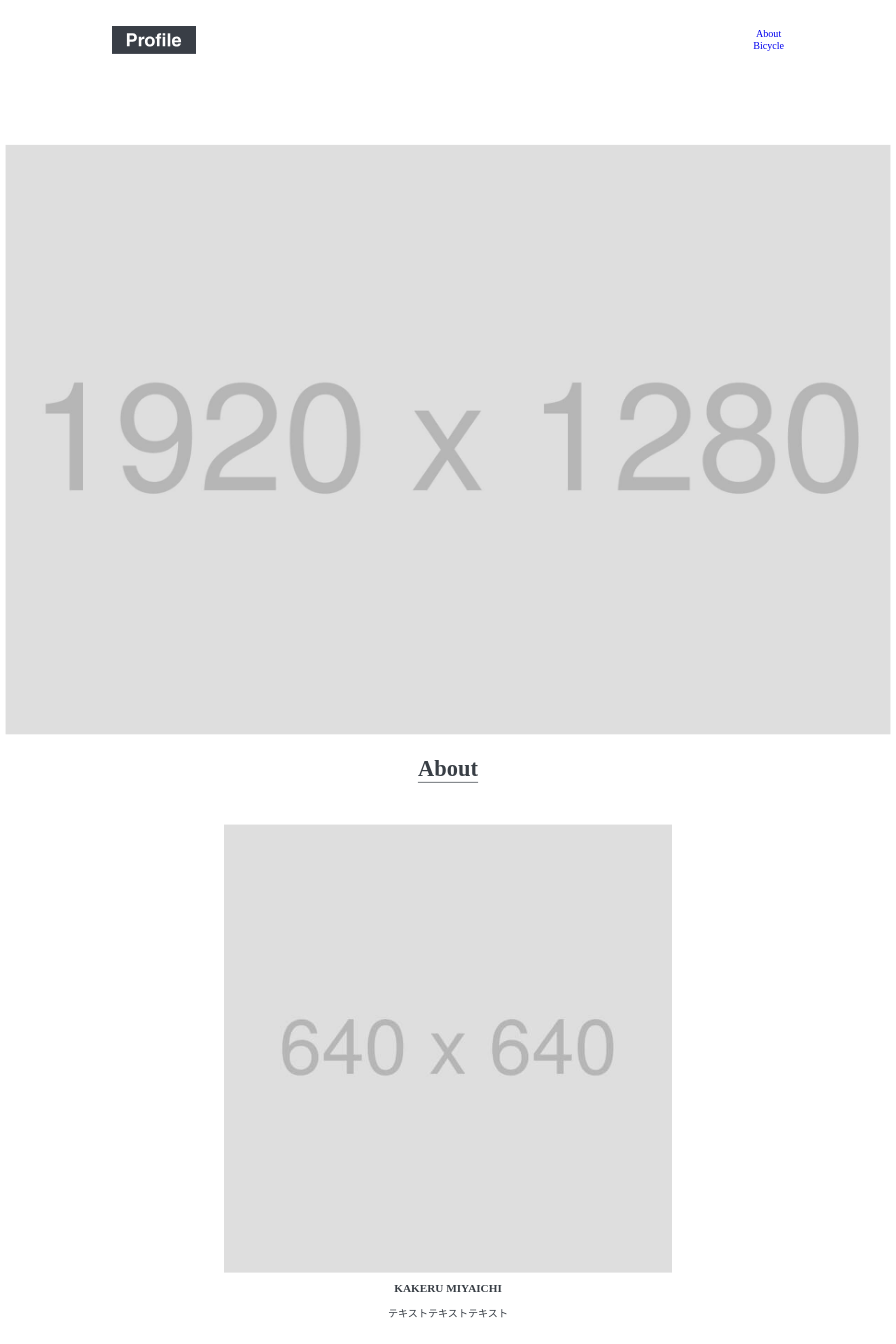
Repository: Fuki-san/bicycle
Page: http://localhost/bicycle
The author's editor kept a copy of each file at every save. The page is drawn from the files as they stood at one save, then again after the next save.
The browser window is 1280 px wide. The pictures show the part of the page from y = 0 to 1920 px (the page is 4082 px tall before and 3982 px after), at 70% of full size.
The page is served by the project's Laravel application, run on PHP 8.4 with Laravel 10.

Above is the page before, as saved 2023-11-16 15:05:03.

After the next save:
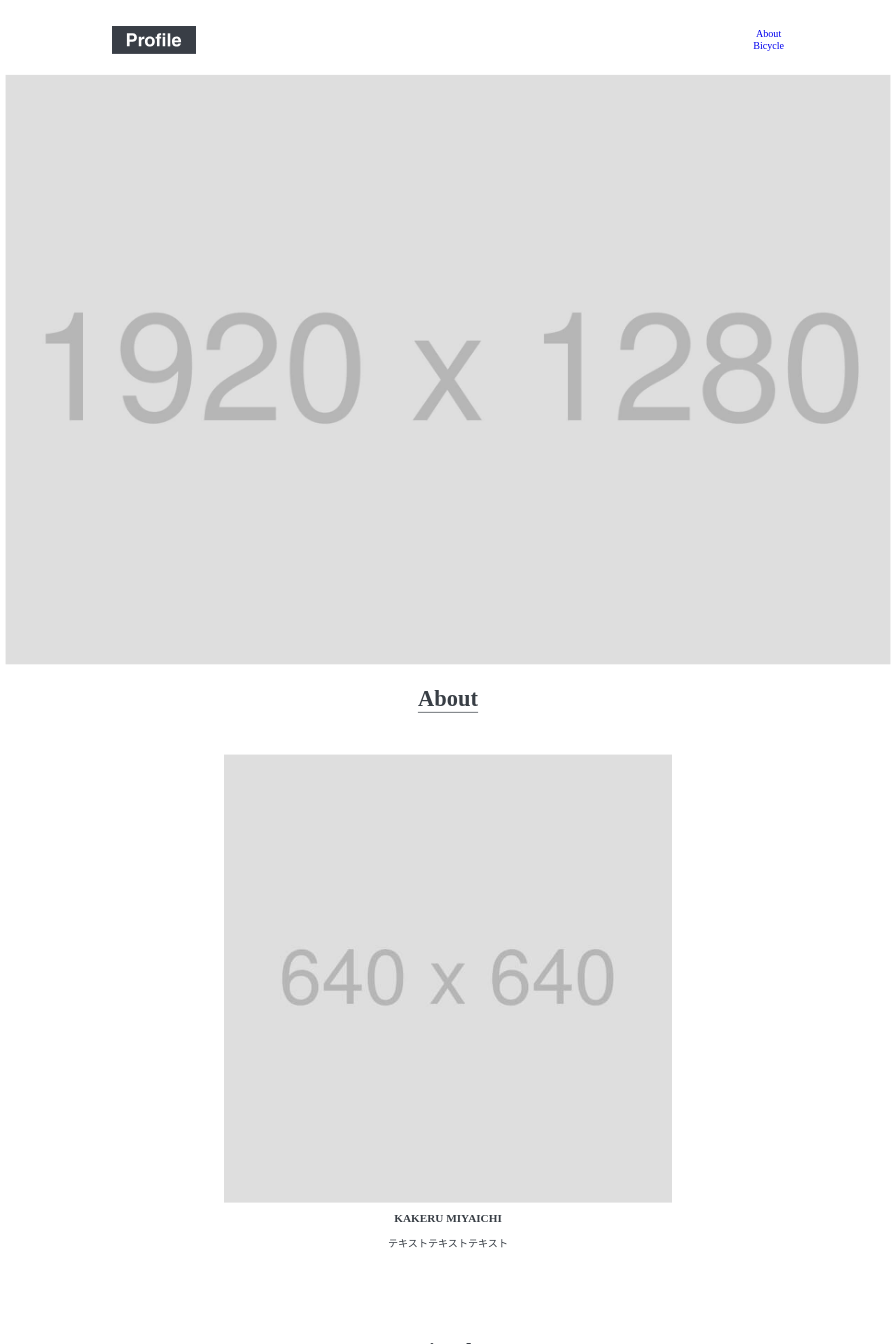
Saved 4 s later.
--- a/public/css/style.css
+++ b/public/css/style.css
@@ -57,5 +57,5 @@ li{
     display: flex;
     justify-content: space-between;
     align-items: center;
-    margin: ;
+    margin: 0 auto;
 }
